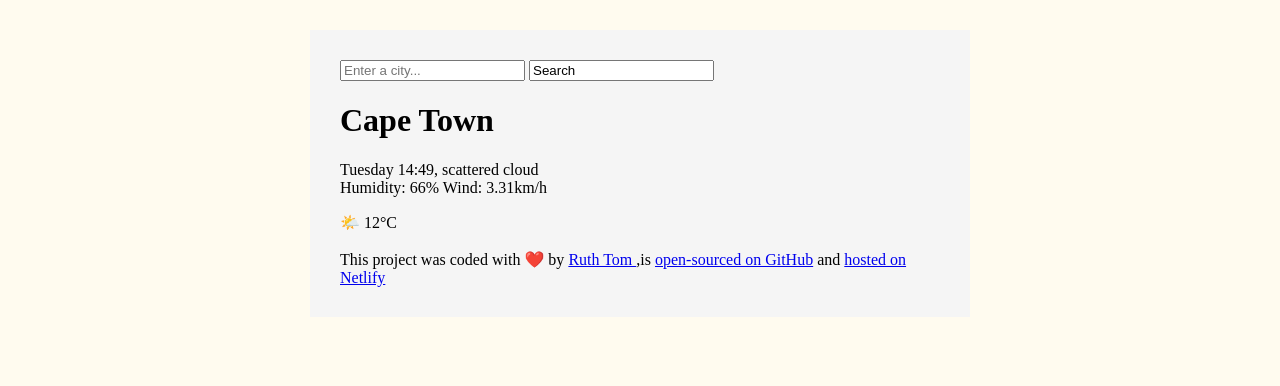
Repository: RuthTom711/Weatherly-App
Page: index.html
These files come from the project's save history. The page is drawn as it stood at one moment and after a run of saves; the edit follows.
The browser window is 1280 px wide. The pictures show the whole page.

Above is the page before, as saved 2025-11-10 21:02:26.

After the next 3 saves:
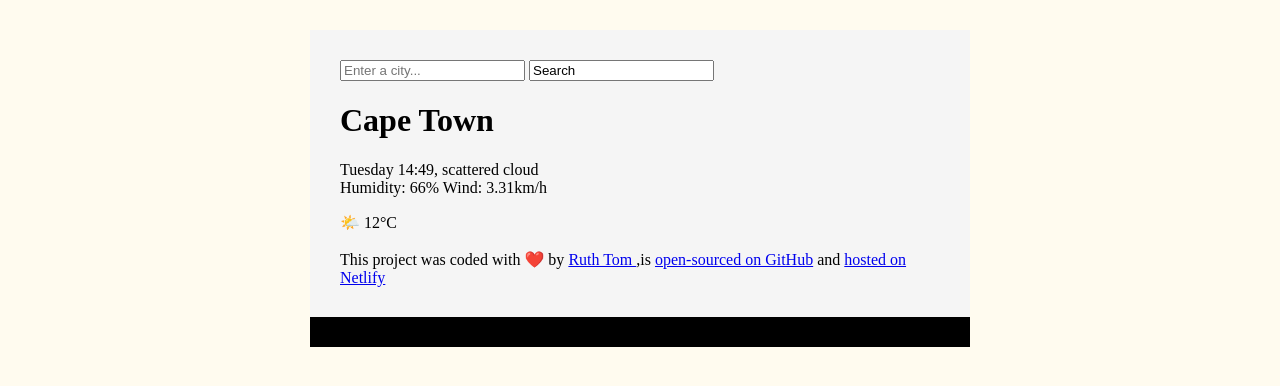
The 3 saves are shown as one change because they came seconds apart.
The last was saved 14 s later.
--- a/src/styles.css
+++ b/src/styles.css
@@ -7,6 +7,6 @@ body {
     max-width: 600px;
     margin: 30px auto;
     padding: 30px;
-    box-shadow: ;
+    box-shadow: 0 30px;
 
 }
